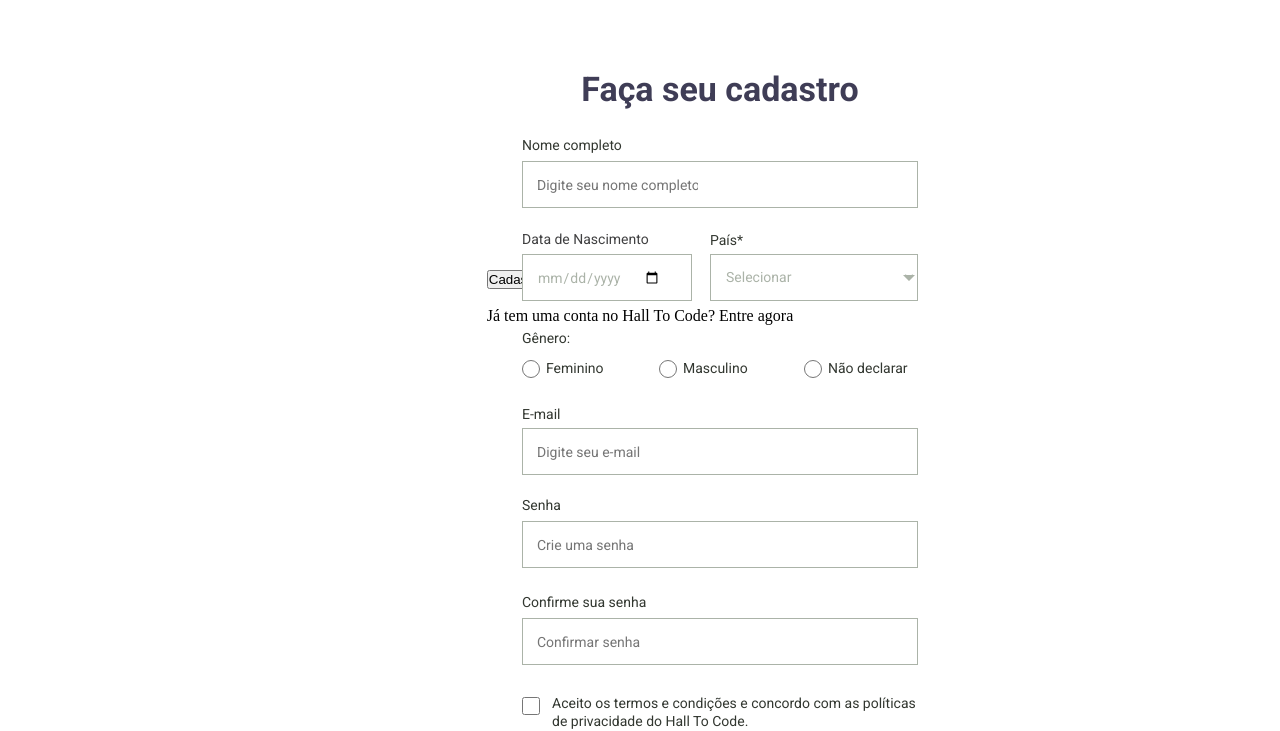
Repository: RenatoCCS/formularios
Page: cadastro.html
These files come from the project's save history. The page is drawn as it stood at one moment and after the next save; the edit follows.
The browser window is 1280 px wide. The pictures show the whole page.

Above is the page before, as saved 2023-03-25 15:45:13.

### cadastro.html
<!DOCTYPE html>
<html lang="pt-br">
  <head>
    <meta charset="UTF-8" />
    <meta http-equiv="X-UA-Compatible" content="IE=edge" />
    <meta name="viewport" content="width=device-width, initial-scale=1.0" />
    <link rel="stylesheet" href="style.css" />
    <title>Faça seu cadastro</title>
  </head>

  <body class="container">
    <form action="" class="form__Cadastro">
      <div class="form__Cadastro__Titulo">
        <h1>Faça seu cadastro</h1>
      </div>

      <div class="nome__Cadastro">
        <label class="nome__Cadastro__Nomecompleto" for="name"
          >Nome completo</label
        >

        <input
          class="nome__Cadastro__Campo"
          id="name"
          type="text"
          name="name"
          placeholder="Digite seu nome completo"
        />
      </div>
      <br /><br />

      <div class="data__Cadastro">
        <label class="data__Cadastro__Nascimento" for="date"
          >Data de Nascimento</label
        >
        <br />

        <input
          class="data__Cadastro__Calendario"
          id="date"
          type="date"
          name="date"
          placeholder="dd/mm/aaaa"
        />
      </div>
      <br /><br />

      <div class="pais__Cadastro">
        <label class="pais__Cadastro__Pais" for="options__Cascading"
          >País*</label
        ><br />
        <select
          class="pais__Cadastro__Campo"
          name="opções"
          id="options__Cascading "
        >
          <option>Selecionar</option>
          <option>Brasil</option>
          <option>Argentina</option>
          <option>Chile</option>
          <option>Uruguai</option>
        </select>
        <img
          class="pais__Cadastro__Seta"
          src="./assets/arrow_drop_down.png"
          alt="Icone de seta"
        />
      </div>
      <br /><br />

      <section class="genero__Cadastro">
        <legend class="genero__Cadastro__Titulo">Gênero:</legend>

        <input
          class="genero__Cadastro__Botao1"
          id="option__Button__Feminino"
          type="radio"
          name="botão"
        />
        <label class="genero__Cadastro__Feminino" for="option__Button__Feminino"
          >Feminino</label
        >

        <input
          class="genero__Cadastro__Botao2"
          id="option__Button__Masculino"
          type="radio"
          name="botão"
        />
        <label
          class="genero__Cadastro__Masculino"
          for="option__Button__Masculino"
          >Masculino</label
        >

        <input
          class="genero__Cadastro__Botao3"
          id="option__Button__Naodeclarar"
          type="radio"
          name="botão"
        />
        <label
          class="genero__Cadastro__Naodeclarar"
          for="option__Button__Naodeclarar"
          >Não declarar</label
        >
      </section>
      <br />

      <div class="email__Cadastro">
        <label class="email__Cadastro__Titulo" for="email">E-mail</label>
        <br />
        <input
          class="email__Cadastro__Campo"
          id="email"
          type="email"
          name="email"
          placeholder="Digite seu e-mail"
        />
      </div>
      <br /><br />

      <div class="senha__Cadastro">
        <label class="senha__Cadastro__Titulo" for="password">Senha</label>
        <br />
        <input
          class="senha__Cadastro__Campo"
          id="password"
          type="password"
          name="senha"
          placeholder="Crie uma senha"
        />
      </div>
      <br /><br />

      <div class="confirma__Cadastro">
        <label class="confirma__Cadastro__Titulo" for="confirm__Password"
          >Confirme sua senha</label
        >
        <br />
        <input
          class="confirma__Cadastro__Campo"
          id="confirm__Password"
          type="password"
          name="confirmar__Senha"
          placeholder="Confirmar senha"
        />
      </div>
      <br /><br />

      <div class="termo__Cadastro">
        <input
          class="termo__Cadastro__Botao"
          type="checkbox"
          name="termos"
          id="term"
        />
        <label class="termo__Cadastro__Texto" for="term"
          >Aceito os termos e condições e concordo com as políticas de
          privacidade do Hall To Code.</label
        >
      </div>
      <br /><br />

      <button type="submit">Cadastrar</button>
      <br /><br />

      <p>Já tem uma conta no Hall To Code? Entre agora</p>
    </form>
  </body>
</html>

### style.css
@import url('https://fonts.googleapis.com/css2?family= Roboto :wght@400;700 & display=swap');

* {
  margin: 0;
  padding: 0;
}

:root {
  --primeira-cor: #3f3d56;
  --segunda-cor: #323730;
  --terceira-cor: #abb3a8;
  --quarta-cor: #ffffff;
  --quinta-cor: #3f3f40;

  --fonte-primaria: 'Roboto', sans-serif;
}

.container {
  display: flex;
  justify-content: center;
}

.form__Cadastro__Titulo {
  position: absolute;
  width: 302px;
  height: 43px;
  left: 569px;
  top: 68px;
  color: var(--primeira-cor);
  font-family: var(--fonte-primaria);
  font-style: normal;
  font-weight: 700;
  font-size: 17px; /*o indicado é 37px, mas se manter quebra a linha*/
  line-height: 43px;
  text-align: center;
}

.nome__Cadastro {
  position: absolute;
  width: 396px;
  height: 69px;
  top: 139px;
  left: 522px;
}

.nome__Cadastro__Nomecompleto {
  position: absolute;
  width: 100px;
  height: 24px;
  top: -6px;
  left: 0px;
  color: var(--segunda-cor);
  font-family: var(--fonte-primaria);
  font-style: normal;
  font-weight: 400;
  font-size: 14px;
  line-height: 24px;
}

.nome__Cadastro__Campo {
  position: absolute;
  width: 163px;
  height: 24px;
  top: 34px;
  left: 14px;
  color: var(--terceira-cor);
  font-family: var(--fonte-primaria);
  font-style: normal;
  font-weight: 400;
  font-size: 14px;
  line-height: 24px;
  padding: 12px 219px 11px 14px;
}

.nome__Cadastro__Campo {
  box-sizing: border-box;
  border: 1px solid;
  position: absolute;
  width: 396px;
  height: 47px;
  top: 22px;
  left: 0%;
  right: 0%;
  top: 31, 88%;
  bottom: 0%;
  color: var(--terceira-cor);
  background-color: var(--quarta-cor);
}

.data__Cadastro {
  position: absolute;
  width: 170px;
  height: 74px;
  left: 522px;
  top: 232px;
}

.data__Cadastro__Nascimento {
  position: absolute;
  width: 127px;
  height: 18px;
  top: -2px;
  left: 0px;
  color: var(--quinta-cor);
  font-family: var(--fonte-primaria);
  font-style: normal;
  font-weight: 400;
  font-size: 14px;
  line-height: 24px;
  display: flex;
  align-items: center;
}

.data__Cadastro__Calendario {
  position: absolute;
  width: 83px;
  height: 24px;
  top: 12px;
  left: 14px;
  color: var(--terceira-cor);
  font-family: var(--fonte-primaria);
  font-style: normal;
  font-weight: 400;
  font-size: 14px;
  line-height: 24px;
  display: flex;
  align-items: center;
  padding: 12px 73px 11px 14px;
}

.data__Cadastro__Calendario {
  box-sizing: border-box;
  border: 1px solid;
  position: absolute;
  width: 170px;
  height: 47px;
  top: 22px;
  left: 0%;
  right: 0%;
  top: 31, 88%;
  bottom: 0%;
  color: var(--terceira-cor);
  background-color: var(--quarta-cor);
}

.pais__Cadastro {
  position: absolute;
  width: 208px;
  height: 69px;
  top: 230px;
  left: 710px;
}

.pais__Cadastro__Pais {
  position: absolute;
  width: 34px;
  height: 15px;
  top: -2px;
  left: 0px;
  color: var(--segunda-cor);
  font-family: var(--fonte-primaria);
  font-style: normal;
  font-weight: 400;
  font-size: 14px;
  line-height: 24px;
}

.pais__Cadastro__Campo {
  position: absolute;
  width: 66px;
  height: 24px;
  top: 34px;
  left: 14px;
  color: var(--terceira-cor);
  font-family: var(--fonte-primaria);
  font-style: normal;
  font-weight: 400;
  font-size: 14px;
  line-height: 24px;
  padding: 12px 11px 14px;
}

.pais__Cadastro__Campo {
  box-sizing: border-box;
  border: 1px solid;
  position: absolute;
  width: 208px;
  height: 47px;
  top: 24px;
  left: 0%;
  right: 0%;
  top: 31, 88%;
  bottom: 0%;
  color: var(--terceira-cor);
  background-color: var(--quarta-cor);
}

.pais__Cadastro__Campo option {
  position: absolute;
  color: var(--segunda-cor);
  font-family: var(--fonte-primaria);
  font-style: normal;
  font-weight: 400;
  font-size: 14px;
  line-height: 16px;
}

.pais__Cadastro__Seta {
  position: absolute;
  width: 12px;
  height: 6px;
  top: 45px;
  left: 193px;
}

.genero__Cadastro {
  position: absolute;
  width: 386px;
  height: 50px;
  top: 328px;
  left: 522px;
}

.genero__Cadastro__Titulo {
  position: absolute;
  width: 49px;
  height: 24px;
  top: -2px;
  left: 0px;
  color: var(--segunda-cor);
  font-family: var(--fonte-primaria);
  font-style: normal;
  font-weight: 400;
  font-size: 14px;
  line-height: 24px;
}

.genero__Cadastro__Botao1 {
  position: absolute;
  box-sizing: border-box;
  width: 18px;
  height: 18px;
  top: 32px;
  left: 0px;
}

.genero__Cadastro__Feminino {
  position: absolute;
  width: 58px;
  height: 16px;
  top: 32px;
  left: 24px;
  color: var(--segunda-cor);
  font-family: var(--fonte-primaria);
  font-style: normal;
  font-weight: 400;
  font-size: 14px;
  line-height: 16px;
}

.genero__Cadastro__Botao2 {
  position: absolute;
  box-sizing: border-box;
  width: 18px;
  height: 18px;
  top: 32px;
  left: 137px;
}

.genero__Cadastro__Masculino {
  position: absolute;
  width: 65px;
  height: 16px;
  top: 32px;
  left: 161px;
  color: var(--segunda-cor);
  font-family: var(--fonte-primaria);
  font-style: normal;
  font-weight: 400;
  font-size: 14px;
  line-height: 16px;
}

.genero__Cadastro__Botao3 {
  position: absolute;
  box-sizing: border-box;
  width: 18px;
  height: 18px;
  top: 32px;
  left: 282px;
}

.genero__Cadastro__Naodeclarar {
  position: absolute;
  width: 81px;
  height: 16px;
  top: 32px;
  left: 306px;
  color: var(--segunda-cor);
  font-family: var(--fonte-primaria);
  font-style: normal;
  font-weight: 400;
  font-size: 14px;
  line-height: 16px;
}

.email__Cadastro {
  position: absolute;
  width: 396px;
  height: 69px;
  top: 406px;
  left: 522px;
}

.email__Cadastro__Titulo {
  position: absolute;
  width: 40px;
  height: 24px;
  top: -4px;
  left: 0px;
  color: var(--segunda-cor);
  font-family: var(--fonte-primaria);
  font-style: normal;
  font-weight: 400;
  font-size: 14px;
  line-height: 24px;
}

.email__Cadastro__Campo {
  position: absolute;
  width: 104px;
  height: 24px;
  top: 34px;
  left: 14px;
  color: var(--terceira-cor);
  font-family: var(--fonte-primaria);
  font-style: normal;
  font-weight: 400;
  font-size: 14px;
  line-height: 24px;
  padding: 12px 270px 11px 14px;
}

.email__Cadastro__Campo {
  box-sizing: border-box;
  border: 1px solid;
  position: absolute;
  width: 396px;
  height: 47px;
  top: 22px;
  left: 0%;
  right: 0%;
  top: 31, 88%;
  bottom: 0%;
  color: var(--terceira-cor);
  background-color: var(--quarta-cor);
}

.senha__Cadastro {
  position: absolute;
  width: 396px;
  height: 75px;
  top: 497px;
  left: 522px;
}

.senha__Cadastro__Titulo {
  position: absolute;
  width: 39px;
  height: 24px;
  top: -4px;
  left: 0px;
  color: var(--segunda-cor);
  font-family: var(--fonte-primaria);
  font-style: normal;
  font-weight: 400;
  font-size: 14px;
  line-height: 24px;
}

.senha__Cadastro__Campo {
  position: absolute;
  width: 97px;
  height: 24px;
  top: 34px;
  left: 14px;
  color: var(--terceira-cor);
  font-family: var(--fonte-primaria);
  font-style: normal;
  font-weight: 400;
  font-size: 14px;
  line-height: 24px;
  padding: 12px 278px 11px 14px;
}

.senha__Cadastro__Campo {
  box-sizing: border-box;
  border: 1px solid;
  position: absolute;
  width: 396px;
  height: 47px;
  top: 22px;
  left: 0%;
  right: 0%;
  top: 31.88%;
  bottom: 0%;
  color: var(--terceira-cor);
  background-color: var(--quarta-cor);
}

.confirma__Cadastro {
  position: absolute;
  width: 396px;
  height: 75px;
  top: 594px;
  left: 522px;
}

.confirma__Cadastro__Titulo {
  position: absolute;
  width: 126px;
  height: 24px;
  top: -4px;
  left: 0px;
  color: var(--segunda-cor);
  font-family: var(--fonte-primaria);
  font-style: normal;
  font-weight: 400;
  font-size: 14px;
  line-height: 24px;
}

.confirma__Cadastro__Campo {
  position: absolute;
  width: 104px;
  height: 24px;
  top: 34px;
  left: 14px;
  color: var(--terceira-cor);
  font-family: var(--fonte-primaria);
  font-style: normal;
  font-weight: 400;
  font-size: 14px;
  line-height: 24px;
  padding: 12px 276px 11px 14px;
}

.confirma__Cadastro__Campo {
  box-sizing: border-box;
  border: 1px solid;
  position: absolute;
  width: 396px;
  height: 47px;
  top: 22px;
  left: 0%;
  right: 0%;
  top: 31.88%;
  bottom: 0%;
  color: var(--terceira-cor);
  background-color: var(--quarta-cor);
}

.termo__Cadastro {
  position: absolute;
  width: 396px;
  height: 34px;
  top: 697px;
  left: 522px;
}

.termo__Cadastro__Botao {
  position: absolute;
  width: 18px;
  height: 18px;
  top: 0px;
  left: 0px;
  color: var(--segunda-cor);
  font-family: var(--fonte-primaria);
  font-style: normal;
  font-weight: 400;
  font-size: 14px;
  line-height: 24px;
}

.termo__Cadastro__Texto {
  position: absolute;
  width: 368px;
  height: 34px;
  top: -3px;
  left: 30px;
  color: var(--segunda-cor);
  font-family: var(--fonte-primaria);
  font-style: normal;
  font-weight: 400;
  font-size: 14px;
  line-height: 130%;
}

After the next save:
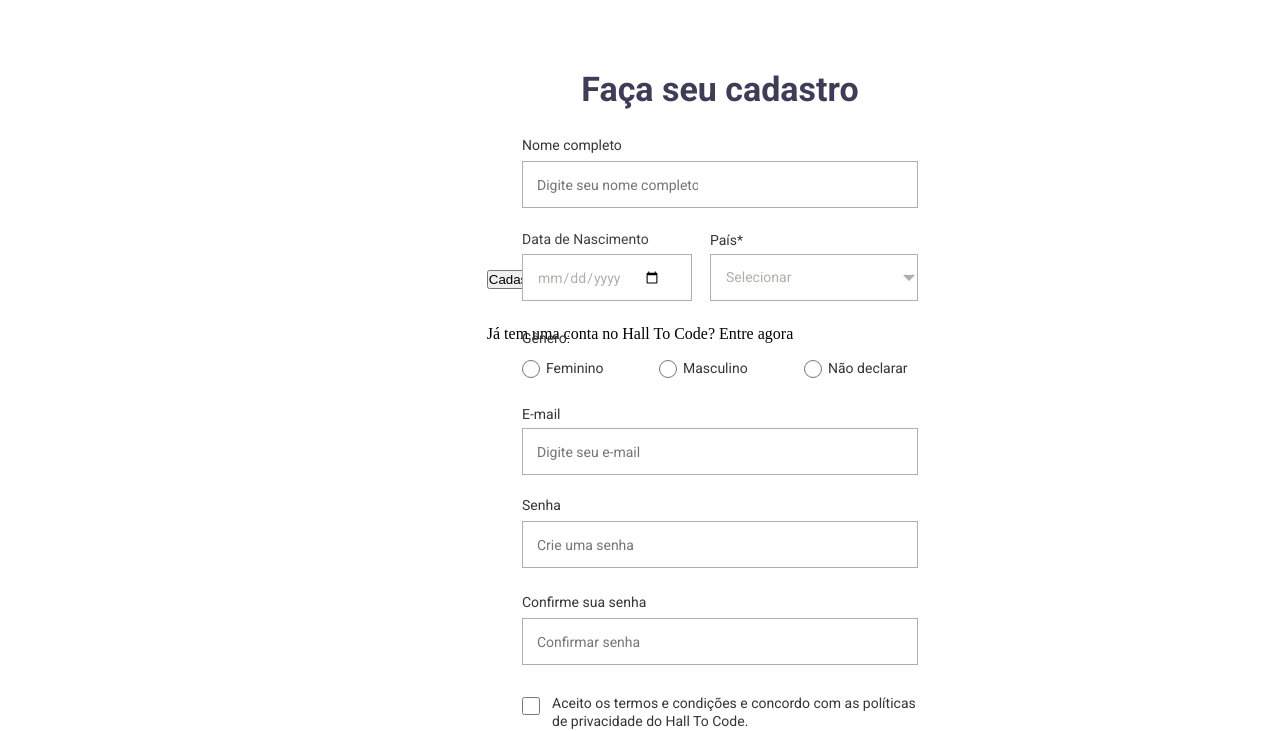
Saved 3 min 49 s later.
--- a/cadastro.html
+++ b/cadastro.html
@@ -162,10 +162,16 @@
       </div>
       <br /><br />
 
-      <button type="submit">Cadastrar</button>
+      <div class="botao__Cadastro">
+        <button class="botao__Cadastro__Cadastrar" type="submit">
+          Cadastrar
+        </button>
+      </div>
       <br /><br />
 
-      <p>Já tem uma conta no Hall To Code? Entre agora</p>
+      <div>
+        <p>Já tem uma conta no Hall To Code? Entre agora</p>
+      </div>
     </form>
   </body>
 </html>
